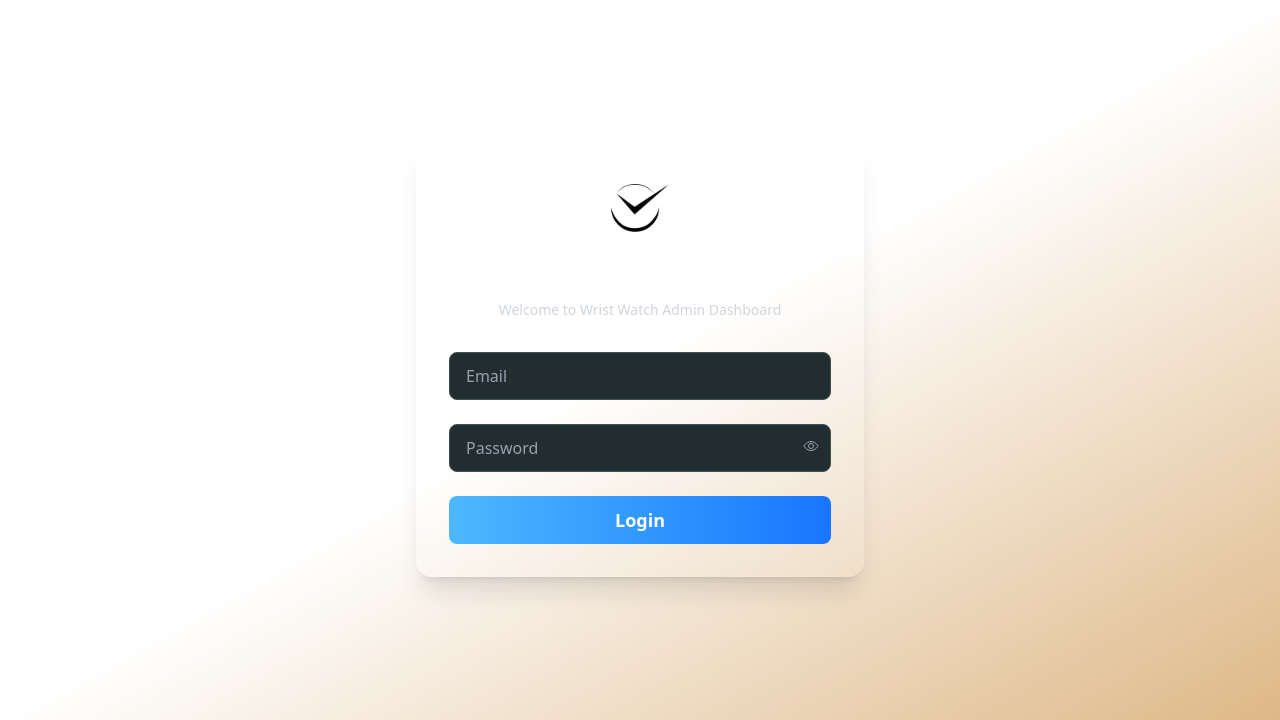
Repository: mansibhanushali/online_watch_ecommerce_mernstack_webapplication
Page: / (app in admin/)
These files come from the project's save history. The page is drawn as it stood at one moment and after the next save; the edit follows.
The browser window is 1280 px wide. The pictures show the whole page.
The project was rebuilt for these pictures with package versions that can differ from the ones it lists, and the page was loaded fresh each time. Also part of the build but not shown: admin/vite.config.js, admin/src/component/Nav.jsx, admin/src/pages/Home.jsx, admin/src/component/Loading.jsx, admin/src/pages/Add.jsx, admin/src/pages/Lists.jsx, admin/src/pages/Orders.jsx.

Above is the page before, as saved 2025-08-16 17:17:42.

### admin/index.html
<!doctype html>
<html lang="en">
  <head>
    <meta charset="UTF-8" />
    <link rel="icon" type="image/svg+xml" href="./logo1.png" />
    <meta name="viewport" content="width=device-width, initial-scale=1.0" />
    <title>Wristwatch-AdminPanel</title>
  </head>
  <body>
    <div id="root"></div>
    <script type="module" src="/src/main.jsx"></script>
  </body>
</html>

### admin/src/App.jsx
import React, { useContext } from 'react';
import { Route, Routes, Navigate } from 'react-router-dom';
import Home from './pages/Home';
import Add from './pages/Add';
import Lists from './pages/Lists';
import Orders from './pages/Orders';
import Login from './pages/Login';
import { adminDataContext } from './context/AdminContext';
import { ToastContainer } from 'react-toastify';

function App() {
  const { adminData } = useContext(adminDataContext);

  if (adminData === undefined) {
    // ⏳ While checking admin status
    return <div>Loading...</div>;
  }

  return (
    <>
      <ToastContainer />
      <Routes>
        <Route
          path="/"
          element={
            adminData ? <Navigate to="/admin/home" /> : <Navigate to="/login" />
          }
        />
        <Route
          path="/login"
          element={
            adminData ? <Navigate to="/admin/home" /> : <Login />
          }
        />
        <Route
          path="/admin/home"
          element={
            adminData ? <Home /> : <Navigate to="/login" />
          }
        />
        <Route
          path="/add"
          element={
            adminData ? <Add /> : <Navigate to="/login" />
          }
        />
        <Route
          path="/lists"
          element={
            adminData ? <Lists /> : <Navigate to="/login" />
          }
        />
        <Route
          path="/orders"
          element={
            adminData ? <Orders /> : <Navigate to="/login" />
          }
        />
      </Routes>
    </>
  );
}

export default App;

### admin/src/context/AuthContext.jsx
import React, { createContext } from 'react';

export const authDataContext = createContext();

function AuthContext({ children }) {
  let serverUrl = "http://localhost:8000";

  let value = {
    serverUrl
  };

  return (
    <authDataContext.Provider value={value}>
      {children}
    </authDataContext.Provider>
  );
}

export default AuthContext;

### admin/src/context/AdminContext.jsx
import React, { createContext, useContext, useEffect, useState } from 'react';
import { authDataContext } from './AuthContext';
import axios from 'axios';

export const adminDataContext = createContext();

function AdminContext({ children }) {
  const [adminData, setAdminData] = useState(null);
  const [isAuthenticated, setIsAuthenticated] = useState(false);
  const [loading, setLoading] = useState(true);
  const { serverUrl } = useContext(authDataContext);

  const getAdmin = async () => {
    try {
      const token = localStorage.getItem("adminToken");
      if (!token) {
        console.log("No admin token found");
        setIsAuthenticated(false);
        setLoading(false);
        return;
      }

      const result = await axios.get(serverUrl + "/api/user/getadmin", {
        withCredentials: true,
        headers: { Authorization: `Bearer ${token}` }
      });

      setAdminData(result.data);
      setIsAuthenticated(true);
    } catch (error) {
      console.error("Error fetching admin:", error);
      setIsAuthenticated(false);
      setAdminData(null);
    } finally {
      setLoading(false);
    }
  };

  useEffect(() => {
    getAdmin();
  }, []);

  const value = { adminData, setAdminData, getAdmin, isAuthenticated, loading };

  return (
    <adminDataContext.Provider value={value}>
      {children}
    </adminDataContext.Provider>
  );
}

export default AdminContext;

### admin/src/pages/Login.jsx
import React, { useContext, useState } from 'react';
import logo from '../assets/logo1.png';
import { IoEyeOutline, IoEye } from "react-icons/io5";
import axios from 'axios';
import { authDataContext } from '../context/AuthContext';
import { adminDataContext } from '../context/AdminContext';
import { useNavigate } from 'react-router-dom';
import { toast } from 'react-toastify';

function Login() {
  const [show, setShow] = useState(false);
  const [email, setEmail] = useState("");
  const [password, setPassword] = useState("");
  const { getAdmin } = useContext(adminDataContext);
  const { serverUrl } = useContext(authDataContext);
  const navigate = useNavigate();
  const [loading, setLoading] = useState(false);

const AdminLogin = async (e) => {
  e.preventDefault();
  setLoading(true);
  try {
    const result = await axios.post(
      `${serverUrl}/api/auth/adminlogin`,
      { email, password },
      { withCredentials: true }
    );


    if (result.data?.token) {
      localStorage.setItem("adminToken", result.data.token);
    }

    toast.success("Admin Login Successful");

    await getAdmin();
    navigate("/admin/home");

  } catch (error) {
    toast.error(error?.response?.data?.message || "Admin Login Failed");
  } finally {
    setLoading(false);
  }
};


  return (
    <div className="w-screen h-screen bg-gradient-to-br from-[burlwood] via-[#burlywood] to-[burlywood] text-white flex items-center justify-center px-4">
      <div className="w-full max-w-md bg-white/5 backdrop-blur-md border border-white/10 rounded-2xl shadow-xl p-8 flex flex-col items-center">

        <div className="flex flex-col items-center mb-4">
          <img src={logo} alt="Logo" className="w-16" />
          <h1 className="text-xl font-semibold mt-2 text-white">Wrist Watch</h1>
        </div>

        <p className="text-sm text-gray-300 mt-2 text-center">
          Welcome to Wrist Watch Admin Dashboard
        </p>

        <form onSubmit={AdminLogin} className="flex flex-col gap-6 mt-8 w-full">

          <input
            type="email"
            placeholder="Email"
            required
            value={email}
            onChange={(e) => setEmail(e.target.value)}
            className="w-full h-12 px-4 rounded-lg bg-[#222d2f] border border-[#3f5052] placeholder-gray-400 text-white focus:outline-none focus:ring-2 focus:ring-[#4db8ff]"
          />

          <div className="relative w-full">
            <input
              type={show ? "text" : "password"}
              placeholder="Password"
              required
              value={password}
              onChange={(e) => setPassword(e.target.value)}
              className="w-full h-12 px-4 rounded-lg bg-[#222d2f] border border-[#3f5052] placeholder-gray-400 text-white focus:outline-none focus:ring-2 focus:ring-[#4db8ff]"
            />
            <span
              className="absolute right-3 top-3.5 cursor-pointer text-gray-400 hover:text-white"
              onClick={() => setShow(!show)}
            >
              {show ? <IoEye /> : <IoEyeOutline />}
            </span>
          </div>

          <button
            type="submit"
            disabled={loading}
            className={`w-full h-12 rounded-lg text-lg font-semibold bg-gradient-to-r from-[#4db8ff] to-[#1a75ff] hover:opacity-90 transition duration-300 ${
              loading ? "opacity-50 cursor-not-allowed" : ""
            }`}
          >
            {loading ? "Logging in..." : "Login"}
          </button>
        </form>
      </div>
    </div>
  );
}

export default Login;

Loaded but not shown: admin/src/main.jsx (common file); admin/src/index.css (common file)

After the next save:
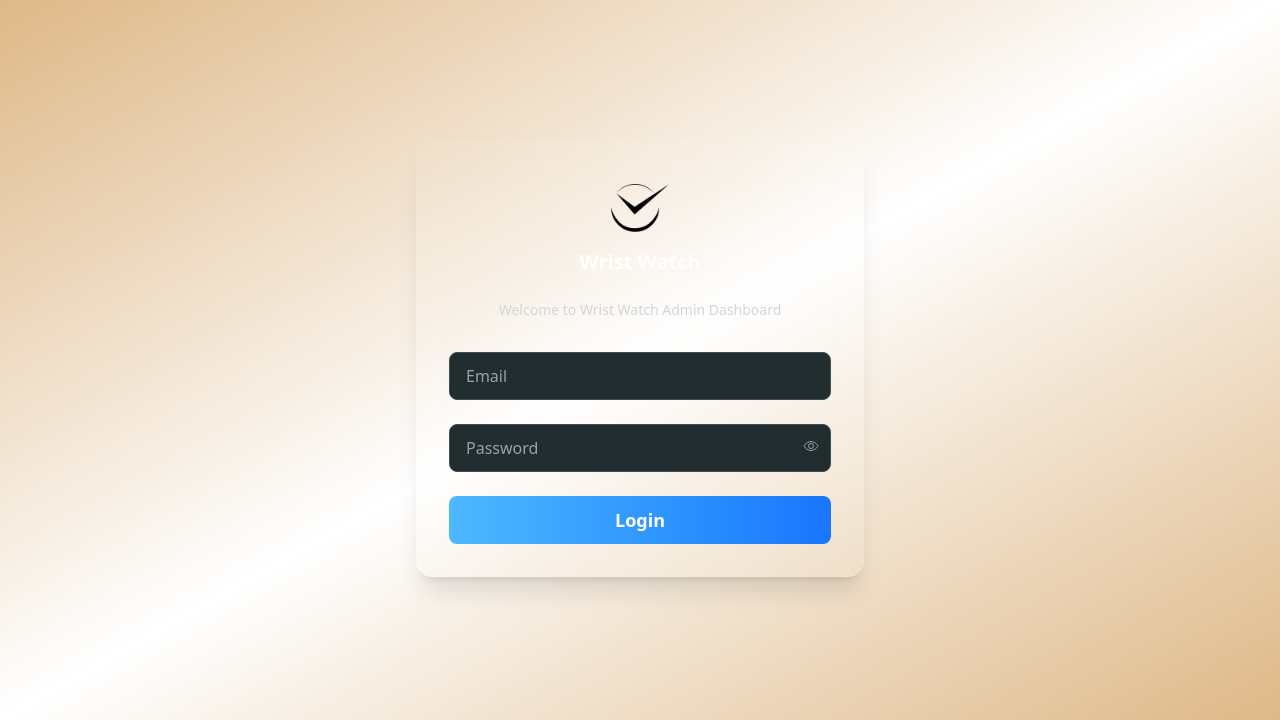
Saved 9 s later.
--- a/admin/src/pages/Login.jsx
+++ b/admin/src/pages/Login.jsx
@@ -45,7 +45,7 @@ const AdminLogin = async (e) => {
 
 
   return (
-    <div className="w-screen h-screen bg-gradient-to-br from-[burlwood] via-[#burlywood] to-[burlywood] text-white flex items-center justify-center px-4">
+    <div className="w-screen h-screen bg-gradient-to-br from-[burlywood] via-[#burlywood] to-[burlywood] text-white flex items-center justify-center px-4">
       <div className="w-full max-w-md bg-white/5 backdrop-blur-md border border-white/10 rounded-2xl shadow-xl p-8 flex flex-col items-center">
 
         <div className="flex flex-col items-center mb-4">
